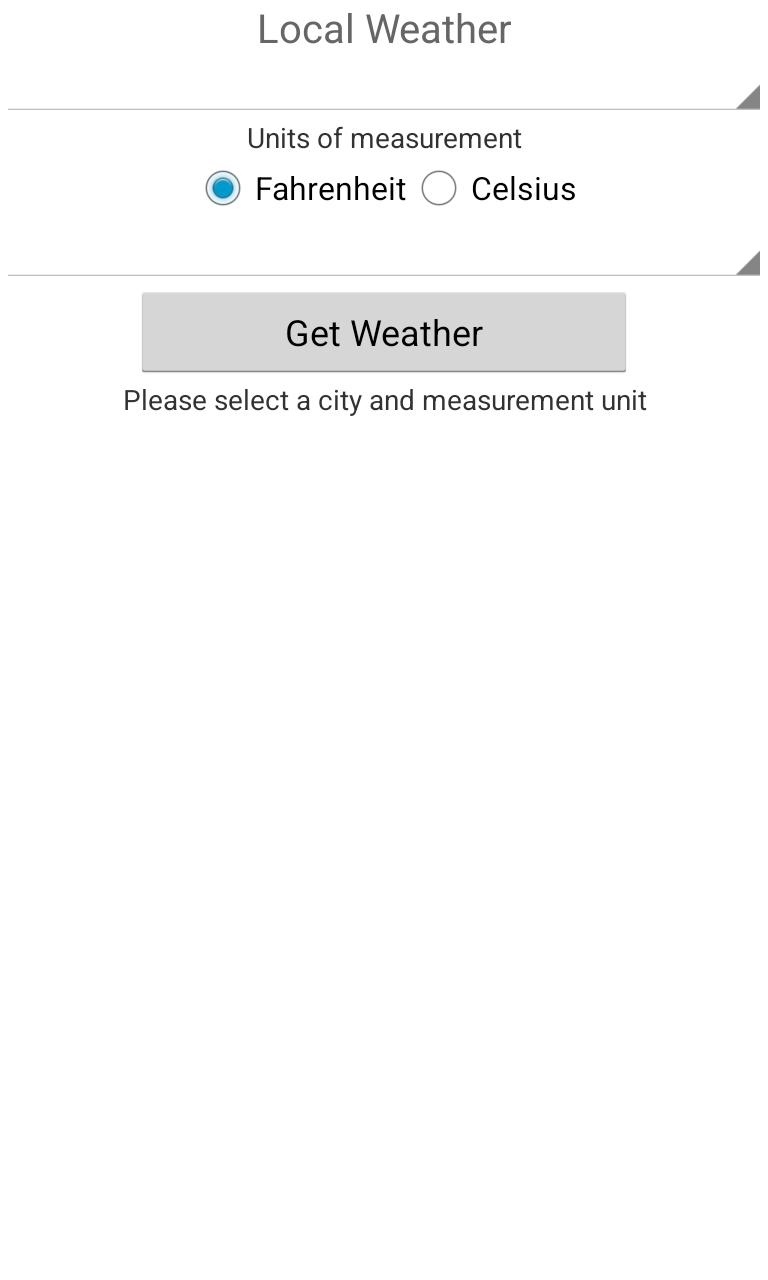
Repository: efreestone/Java1
Layout: Java1Project4/res/layout/activity_main.xml
An editor plug-in stored every save of this project. The layout is shown before and after the next save, followed by the edit.
It is drawn on a 768 x 1280 px phone screen (xhdpi) without system bars, with theme AppTheme; the app's code is not run.

Above is the layout before, as saved 2014-03-26 00:50:25.

### Java1Project4/res/layout/activity_main.xml
<?xml version="1.0" encoding="utf-8"?>
<LinearLayout xmlns:android="http://schemas.android.com/apk/res/android"
    android:layout_width="match_parent"
    android:layout_height="match_parent"
    android:orientation="vertical" >

    <!-- Top Linear Layout with controls -->
    <!-- <LinearLayout
        android:layout_width="match_parent"
        android:layout_height="wrap_content"
        android:orientation="horizontal"> -->

        <!-- Title -->
        <TextView
            android:layout_width="match_parent"
            android:layout_height="wrap_content"
            android:gravity="center"
            android:text="@string/titleString"
            style="@style/labelStyle"/>

        <!-- City Spinner -->
        <Spinner
            android:id="@+id/citySpinner"
            android:layout_width="match_parent"
            android:layout_height="wrap_content"/>

        <!-- Measurement Title -->
        <TextView
            android:layout_width="match_parent"
            android:layout_height="wrap_content"
            android:gravity="center"
            android:text="@string/measureTitleString"/>

        <!-- Measurement Radio Buttons -->
        <RadioGroup
            android:id="@+id/tempUnitRadioGroup"
            android:layout_width="wrap_content"
            android:layout_height="wrap_content"
            android:layout_gravity="center"
            android:orientation="horizontal" >

            <RadioButton
                android:id="@+id/fahrenheitRadio"
                android:layout_width="match_parent"
                android:layout_height="wrap_content"
                android:text="@string/fahrenheitString"
                android:checked="true"/>

            <RadioButton
                android:id="@+id/celsiusRadio"
                android:layout_width="match_parent"
                android:layout_height="wrap_content"
                android:text="@string/celsiusString"/>
        </RadioGroup>

        <!-- Current Spinner -->
        <Spinner
            android:id="@+id/currentSpinner"
            android:layout_width="match_parent"
            android:layout_height="wrap_content"
            android:dropDownVerticalOffset="-45dp"
            android:popupBackground="@android:color/darker_gray"/>

        <!-- Get Weather Button -->
        <Button
            android:id="@+id/weatherButton"
            android:layout_width="wrap_content"
            android:layout_height="wrap_content"
            android:layout_gravity="center"
            android:width="250dp"
            android:text="@string/weatherButtonString"/>

	<!-- </LinearLayout> -->

	<!-- Bottom Gridlayout for temp display -->
	<GridLayout
	    android:id="@+id/tempGrid"
	    android:layout_width="match_parent"
	    android:layout_height="wrap_content"
	    android:columnCount="2">

        <!-- Display Temp -->
        <TextView
            android:id="@+id/displayTempView"
            android:layout_width="match_parent"
            android:layout_height="wrap_content"
            android:gravity="center"
            android:text="@string/displayTempString"/>

	</GridLayout>


</LinearLayout>

### Java1Project4/res/values-v14/styles.xml
<resources xmlns:android="http://schemas.android.com/apk/res/android">

    <!--
        Base application theme for API 14+. This theme completely replaces
        AppBaseTheme from BOTH res/values/styles.xml and
        res/values-v11/styles.xml on API 14+ devices.
    -->
    <style name="AppBaseTheme" parent="android:Theme.Holo.Light.DarkActionBar"/>

        <!-- Labels -->
        <style name="labelStyle">
            <item name="android:textStyle">normal</item>
            <item name="android:textColor">#666666</item>
            <item name="android:textSize">20sp</item>
        </style>


</resources>

### Java1Project4/res/values/strings.xml
<?xml version="1.0" encoding="utf-8"?>
<resources>

    <string name="app_name">Java1Project4</string>
    <string name="action_settings">Settings</string>
    <string name="hello_world">Hello world!</string>

    <!-- Title and button strings -->
    <string name="titleString">Local Weather</string>
    <string name="measureTitleString">Units of measurement</string>
    <string name="weatherButtonString">Get Weather</string>
    <string name="displayTempString">Please select a city and measurement unit</string>

    <!-- Connection Alert strings -->
    <string name="noConnectionTitle">Connection Error</string>
    <string name="noConnectionAlert">This application requires internet access. Please check your network connection and try again.</string>

    <!-- Main URL strings -->
    <string name="mainURLString">http://api.wunderground.com/api/8204b5c9bf753afb/</string>
    <string name="conditionsURLString">conditions/q/</string>
    <string name="forecastURLString">forecast/q/</string>
    <!-- City URL strings -->
    <string name="lovelandString">CO/Loveland.json</string>
    <string name="losAngelesString">CA/Los_Angeles.json</string>
    <string name="newYorkString">NY/New_York.json</string>
    <string name="chicagoString">IL/Chicago.json</string>
    <string name="orlandoString">FL/Orlando.json</string>

    <!-- Radio Button Text -->
    <string name="fahrenheitString">Fahrenheit</string>
    <string name="celsiusString">Celsius</string>

    <!-- Cities array for first spinner -->
    <string-array name="cities_array">
        <item >Loveland</item>
        <item >Los Angeles</item>
        <item >New York</item>
        <item >Chicago</item>
        <item >Orlando</item>
    </string-array>

    <!-- Array for second spinner -->
    <string-array name="current_forecast">
        <item >Current Weather</item>
        <item >3-day Forecast</item>
    </string-array>

</resources>

Loaded but not shown: Java1Project4/res/values/styles.xml (common file); Java1Project4/res/values-v11/styles.xml (common file)

After the next save:
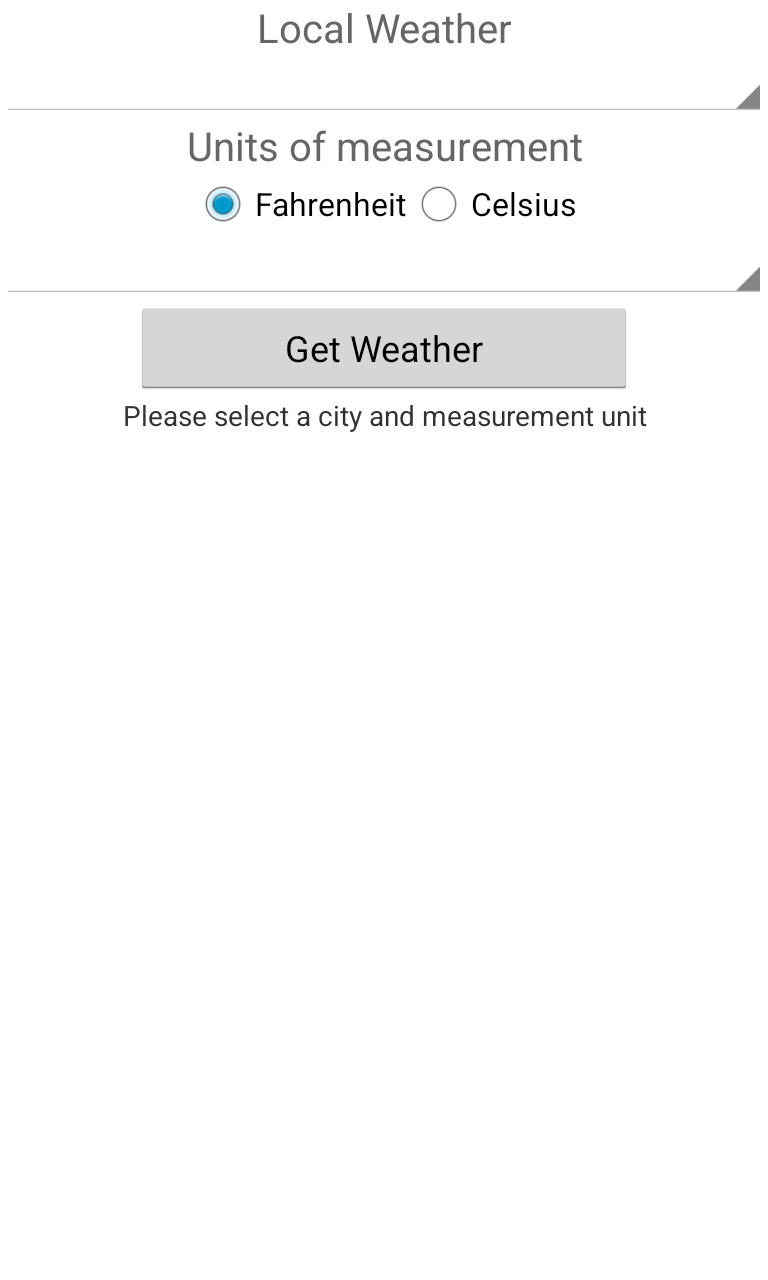
Saved 54 s later.
--- a/Java1Project4/res/layout/activity_main.xml
+++ b/Java1Project4/res/layout/activity_main.xml
@@ -29,7 +29,8 @@
             android:layout_width="match_parent"
             android:layout_height="wrap_content"
             android:gravity="center"
-            android:text="@string/measureTitleString"/>
+            android:text="@string/measureTitleString"
+            style="@style/labelStyle"/>
 
         <!-- Measurement Radio Buttons -->
         <RadioGroup
